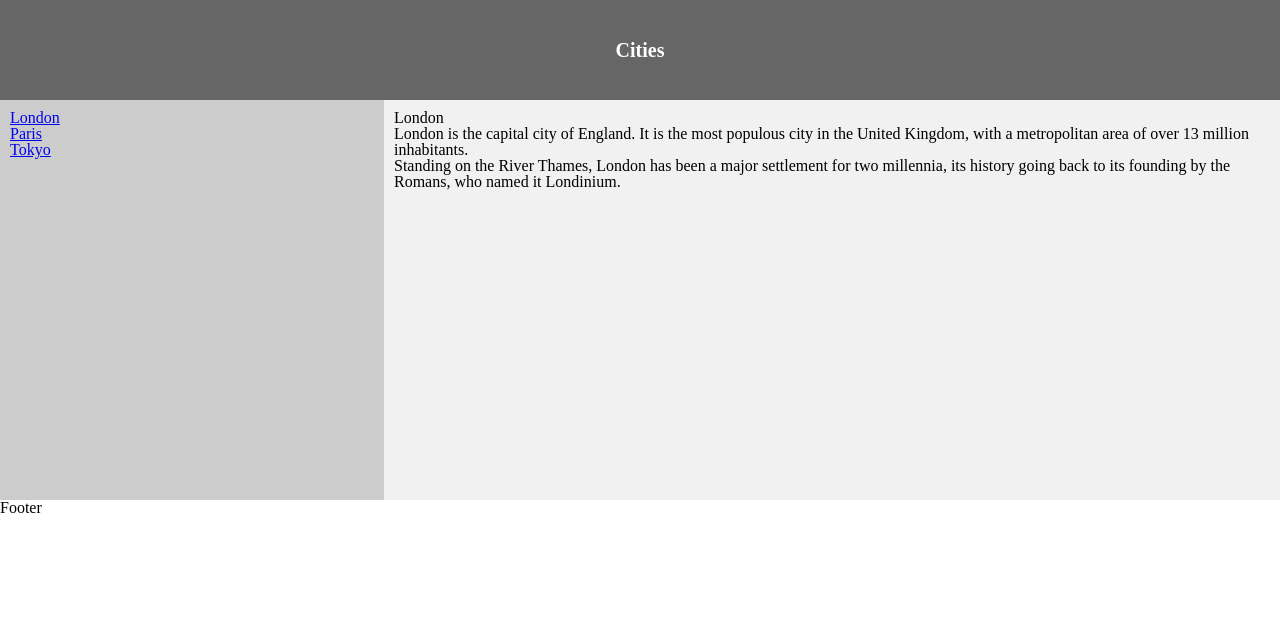
Repository: Tan-Khang21/TH_TKW--Buoi_06
Page: Bai_Tap_Tren_lop/Bai_01/LayoutCSS1.html
An editor plug-in stored every save of this project. The page is shown before and after the next save, followed by the edit.
The browser window is 1280 px wide. The pictures show the whole page.

Above is the page before, as saved 2024-03-11 19:53:01.

After the next save:
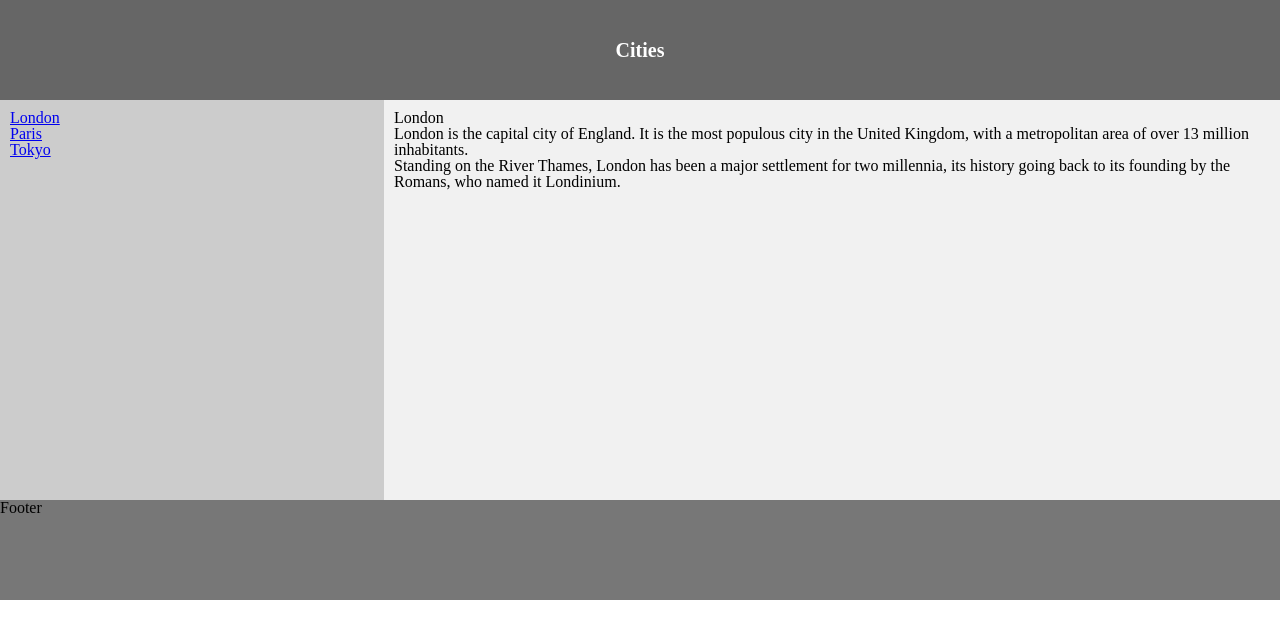
Saved 14 s later.
--- a/Bai_Tap_Tren_lop/Bai_01/style.css
+++ b/Bai_Tap_Tren_lop/Bai_01/style.css
@@ -34,4 +34,5 @@ footer {
   clear: both;
   height: 100px;
   width: 100%;
+  background-color: #777777;
 }
